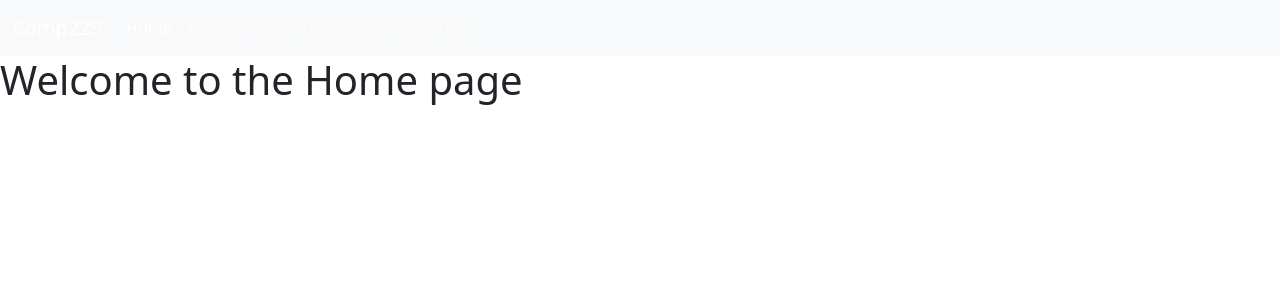
Repository: nhoque7/week3t.2
Page: http://localhost/
These files come from the project's save history. The page is drawn as it stood at one moment and after the next save; the edit follows.
The browser window is 1280 px wide. The pictures show the whole page.
The page is served by the project's Node server (server.js). Other server files are loaded and not shown.

Above is the page before, as saved 2022-10-13 14:47:35.

### views/index.ejs
<!DOCTYPE html>
<html lang="en">
<head>
  <meta charset="UTF-8">
  <meta http-equiv="X-UA-Compatible" content="IE=edge">
  <meta name="viewport" content="width=device-width, initial-scale=1.0">
  <title><%= title %></title>
  <!-- CSS Section -->
  <link rel="stylesheet" href="/bootstrap/dist/css/bootstrap.min.css">
  <link rel="stylesheet" href="/@fortawesome/fontawesome-free/css/all.min.css">
  <link rel='stylesheet' href='/Content/app.css' />

</head>
<body>
  <!--Main Navigation-->
  <nav class="navbar navbar-expand-lg navbar-dark bg-light">
    <div class="container-fluid">
      <a class="navbar-brand" href="/">Comp229</a>
      <button class="navbar-toggler" type="button" data-bs-toggle="collapse" data-bs-target="#navbarSupportedContent" aria-controls="navbarSupportedContent" aria-expanded="false" aria-label="Toggle navigation">
        <span class="navbar-toggler-icon"></span>
      </button>

      <div class="collapse navbar-collapse" id="navbarSupportedContent">
        <ul class="navbar-nav me-auto mb-2 mb-lg-0">

          <li class="nav-item">
            <a class="nav-link active" aria-current="page" href="/home">Home</a>
          </li>

          <li class="nav-item">
            <a class="nav-link" aria-current="page" href="/about">About</a>
          </li>

          <li class="nav-item">
            <a class="nav-link" aria-current="page" href="/products">Products</a>
          </li>

          <li class="nav-item">
            <a class="nav-link" aria-current="page" href="/services">Services</a>
          </li>

          <li class="nav-item">
            <a class="nav-link" aria-current="page" href="/contact">Contact</a>
          </li>

      </div>
    </div>
  </nav>
  <h1>Welcome to the <%= title %> page</h1>





    <!-- Script Section -->
    <script src="/jquery/dist/jquery.min.js"></script>
    <script src="/bootstrap/dist/js/bootstrap.min.js"></script>
    <script src="/Scripts/app.js"></script>

</body>
</html>

### server.js
#!/usr/bin/env node

/**
 * Module dependencies.
 */

var app = require('./app');
var debug = require('debug')('week3.t.2:server');
var http = require('http');

/**
 * Get port from environment and store in Express.
 */

var port = normalizePort(process.env.PORT || '3000');
app.set('port', port);

/**
 * Create HTTP server.
 */

var server = http.createServer(app);

/**
 * Listen on provided port, on all network interfaces.
 */

server.listen(port);
server.on('error', onError);
server.on('listening', onListening);

/**
 * Normalize a port into a number, string, or false.
 */

function normalizePort(val) {
  var port = parseInt(val, 10);

  if (isNaN(port)) {
    // named pipe
    return val;
  }

  if (port >= 0) {
    // port number
    return port;
  }

  return false;
}

/**
 * Event listener for HTTP server "error" event.
 */

function onError(error) {
  if (error.syscall !== 'listen') {
    throw error;
  }

  var bind = typeof port === 'string'
    ? 'Pipe ' + port
    : 'Port ' + port;

  // handle specific listen errors with friendly messages
  switch (error.code) {
    case 'EACCES':
      console.error(bind + ' requires elevated privileges');
      process.exit(1);
      break;
    case 'EADDRINUSE':
      console.error(bind + ' is already in use');
      process.exit(1);
      break;
    default:
      throw error;
  }
}

/**
 * Event listener for HTTP server "listening" event.
 */

function onListening() {
  var addr = server.address();
  var bind = typeof addr === 'string'
    ? 'pipe ' + addr
    : 'port ' + addr.port;
  debug('Listening on ' + bind);
}

### routes/index.js
var express = require('express');
var router = express.Router();

/* GET home page. */
router.get('/', function(req, res, next) {
  res.render('index',
    { title: 'Home'});
});
/* GET home page. */
router.get('/home', function(req, res, next) {
  res.render('index',
    { title: 'Home'});
});
/* GET About page. */
router.get('/about', function(req, res, next) {
  res.render('index',
    { title: 'About'});
});
/* GET Products page. */
router.get('/products', function(req, res, next) {
  res.render('index',
    { title: 'Products'});
});
/* GET Services page. */
router.get('/services', function(req, res, next) {
  res.render('index',
    { title: 'Services'});
});

/* GET Contact Us page. */
router.get('/contact', function(req, res, next) {
  res.render('index',
    { title: 'Contact Us'});
});

module.exports = router;

### app.js
let createError = require('http-errors');
let express = require('express');
let path = require('path');
let cookieParser = require('cookie-parser');
let logger = require('morgan');

let indexRouter = require('./routes/index');
let usersRouter = require('./routes/users');

let app = express();

// view engine setup
app.set('views', path.join(__dirname, 'views'));
app.set('view engine', 'ejs');

app.use(logger('dev'));
app.use(express.json());
app.use(express.urlencoded({ extended: false }));
app.use(cookieParser());
app.use(express.static(path.join(__dirname, 'public')));
app.use(express.static(path.join(__dirname, 'node_modules')));

app.use('/', indexRouter);
app.use('/users', usersRouter);

// catch 404 and forward to error handler
app.use(function(req, res, next) {
  next(createError(404));
});

// error handler
app.use(function(err, req, res, next) {
  // set locals, only providing error in development
  res.locals.message = err.message;
  res.locals.error = req.app.get('env') === 'development' ? err : {};

  // render the error page
  res.status(err.status || 500);
  res.render('error');
});

module.exports = app;

### public/Content/app.css
/*custom css goes here

### public/Scripts/app.js
// IIFE -- Immediately Invoked Function Expression
(function(){
    function Start()
    {
        console.log("App Started...");
    }
    window.addEventListener("load", Start);

});

After the next save:
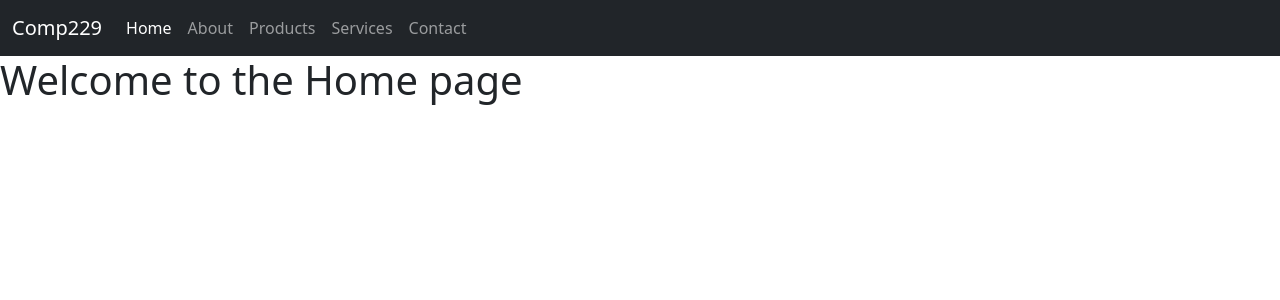
Saved 16 s later.
--- a/views/index.ejs
+++ b/views/index.ejs
@@ -13,7 +13,7 @@
 </head>
 <body>
   <!--Main Navigation-->
-  <nav class="navbar navbar-expand-lg navbar-dark bg-light">
+  <nav class="navbar navbar-expand-lg navbar-dark bg-dark">
     <div class="container-fluid">
       <a class="navbar-brand" href="/">Comp229</a>
       <button class="navbar-toggler" type="button" data-bs-toggle="collapse" data-bs-target="#navbarSupportedContent" aria-controls="navbarSupportedContent" aria-expanded="false" aria-label="Toggle navigation">
